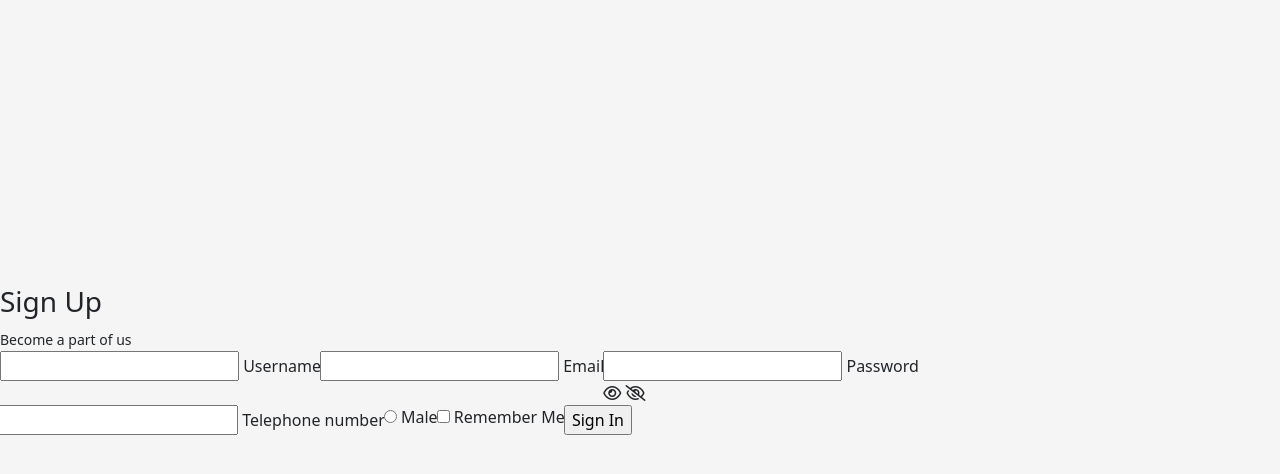
Repository: MauDucKG/BigFarm
Page: http://localhost/BigFarm/views/main/register/index.php
These files come from the project's save history. The page is drawn as it stood at one moment and after the next save; the edit follows.
The browser window is 1280 px wide. The pictures show the whole page.
Some web libraries are served in a nearby version. The page is run by PHP 8.4 with error messages shown; the project is at /var/www/html/.

Above is the page before, as saved 2023-04-26 18:03:38.

### views/main/register/index.php
<!DOCTYPE html>
<html lang="en">

<head>
	<meta charset="utf-8">
	<meta name="viewport" content="width=device-width, initial-scale=1">
	<title>Register</title>
	<link href="https://cdn.jsdelivr.net/npm/bootstrap@5.2.2/dist/css/bootstrap.min.css" rel="stylesheet" integrity="sha384-Zenh87qX5JnK2Jl0vWa8Ck2rdkQ2Bzep5IDxbcnCeuOxjzrPF/et3URy9Bv1WTRi" crossorigin="anonymous">
	<link rel="stylesheet" href="assets/stylesheets/register.css">
    <script src="https://kit.fontawesome.com/4ccf3877a2.js" crossorigin="anonymous"></script>
</head>

<body>
    <div class="register-box" id="regUser">
        <div class="top-header">
            <h3>Sign Up</h3>
            <small>Become a part of us</small>
        </div>
        <div class="input-group">
            <div class="input-field">
                <input type="text" class="input-box" id="regUser" required>
                <label for="regUser">Username</label>
            </div>
            <div class="input-field">
                <input type="text" class="input-box" id="regUser" required>
                <label for="regUser">Email</label>
            </div>
            <div class="input-field">
                <input type="password" class="input-box" id="regPassword" required>
                <label for="regPassword">Password</label>
                 <div class="eye-area">
                        <div class="eye-box" onclick="myRegPassword()">
                            <i class="fa-regular fa-eye" id="eye-2"></i>
                            <i class="fa-regular fa-eye-slash" id="eye-slash-2"></i>
                        </div>
                 </div>
            </div>
            <div class="input-field">
                <input type="text" class="input-box" id="regUser" required>
                <label for="regUser">Telephone number</label>
            </div>
            <div class="input-field">
                <input type="radio" class="input-box" id="regUser" required>
                <label for="regUser">Male</label>

            </div>
            <div class="remember">
                <input type="checkbox" id="formCheck-2" class="check">
                <label for="formCheck-2"> Remember Me</label>
            </div>
            <div class="input-field">
                <input type="submit" class="input-submit" value="Sign In">
            </div>
        </div>
    </div>
</body>

</html>

### assets/stylesheets/register.css
html,
body {
  height: 100%;
}

body {
  display: flex;
  align-items: center;
  padding-top: 40px;
  padding-bottom: 40px;
  background-color: #f5f5f5;
}

.form-signin {
  max-width: 500px;
  padding: 15px;
}

.form-signin .form-floating:focus-within {
  z-index: 2;
}

After the next save:
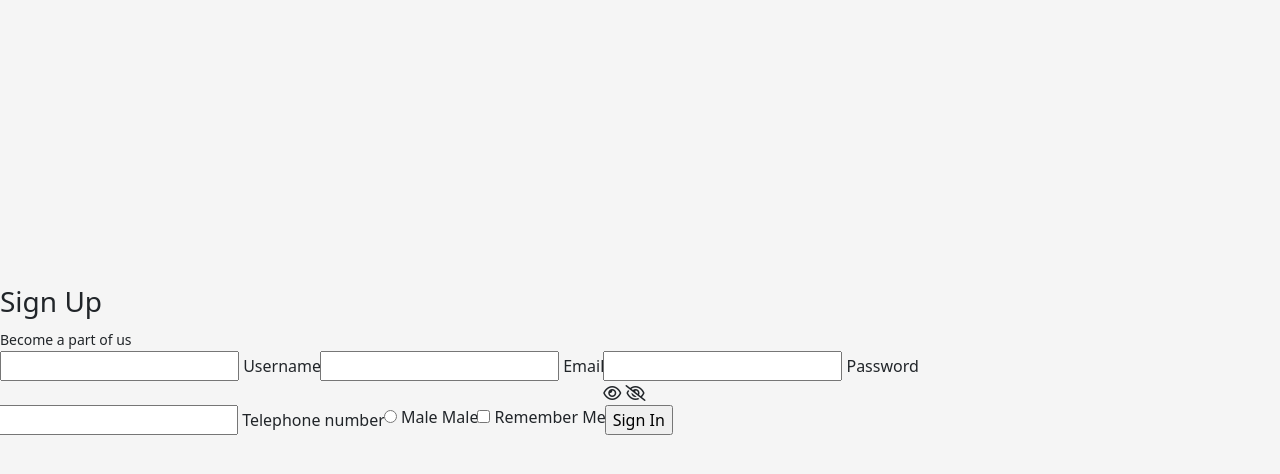
Saved 4 s later.
--- a/views/main/register/index.php
+++ b/views/main/register/index.php
@@ -42,7 +42,7 @@
             <div class="input-field">
                 <input type="radio" class="input-box" id="regUser" required>
                 <label for="regUser">Male</label>
-
+                <label for="regUser">Male</label>
             </div>
             <div class="remember">
                 <input type="checkbox" id="formCheck-2" class="check">
